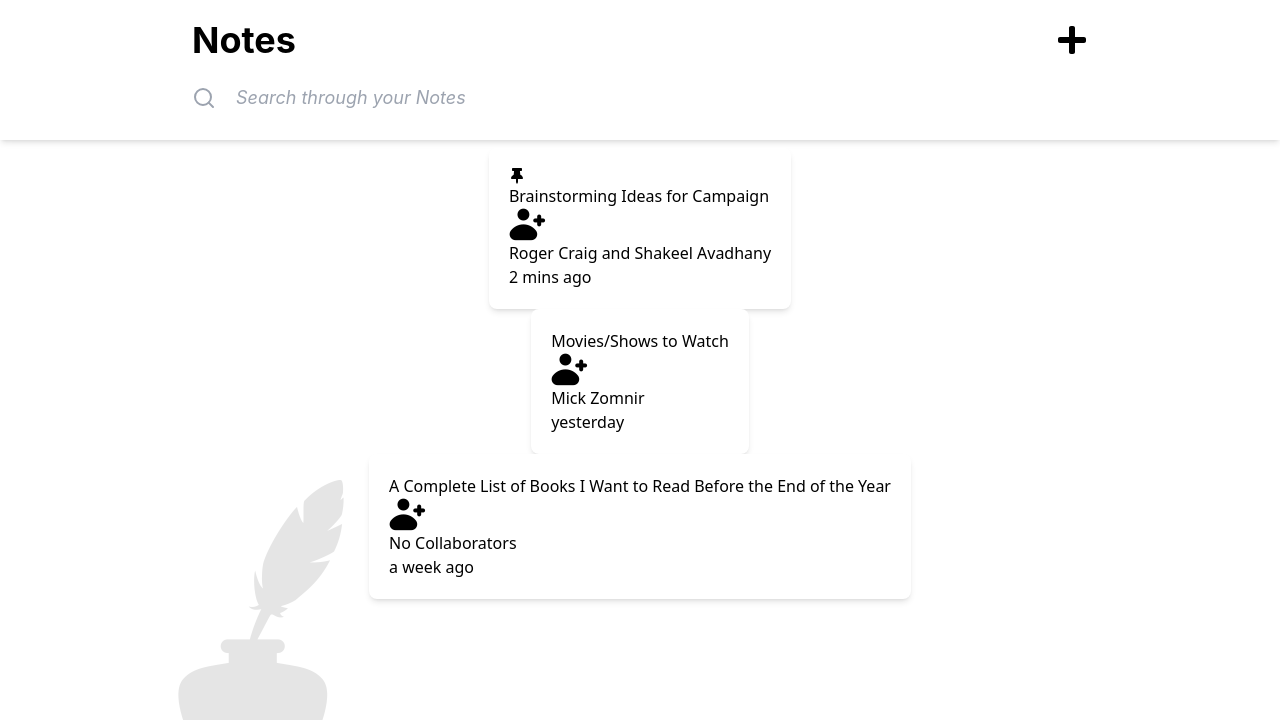
Repository: shabiasaeed/Notes-app
Page: /
The author's editor kept a copy of each file at every save. The page is drawn from the files as they stood at one save, then again after the next save.
The browser window is 1280 px wide. The pictures show the whole page.
The project was rebuilt for these pictures with package versions that can differ from the ones it lists, and the page was loaded fresh each time. Also part of the build but not shown: src/components/Header.css, src/components/Note.css, src/App.css.

Above is the page before, as saved 2025-01-01 18:24:19.

After the next save:
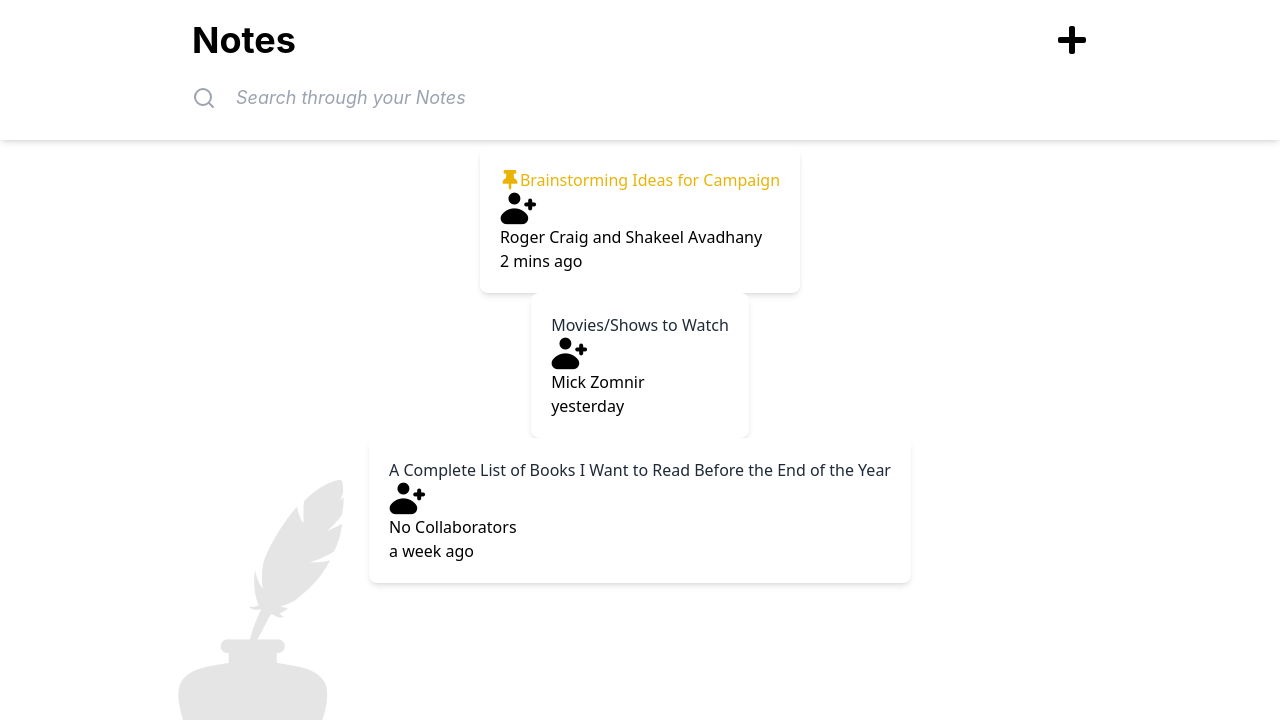
Saved 83 s later.
--- a/src/components/Note.js
+++ b/src/components/Note.js
@@ -12,10 +12,10 @@ const Note = ({ title, author, time, pinned, onDelete, onPinToggle }) => {
 
   return (
     <div className="p-5 bg-white rounded-lg shadow-md hover:shadow-lg transition-shadow flex flex-col" onMouseEnter={() => setIsHovered(true)} onMouseLeave={() => setIsHovered(false)}>
-      <div className={`note-header ${pinned ? 'pinned' : 'unpinned'}`}>
-      {pinned ? (<FaThumbtack className="pin-icon" onClick={() => onPinToggle(title)}/>) : (isHovered && (<TbPinned className="pin-icon" onClick={() => onPinToggle(title)}/>))}
+      <div className={`flex items-center justify-between ${pinned ? 'text-yellow-500' : 'text-gray-800'}`}>
+      {pinned ? (<FaThumbtack className="w-5 h-5 cursor-pointer" onClick={() => onPinToggle(title)}/>) : (isHovered && (<TbPinned className="pin-icon" onClick={() => onPinToggle(title)}/>))}
         <h2>{title}</h2>
-        {isHovered && (<FiTrash className="delete-icon" onClick={() => onDelete(title)}/>)}
+        {isHovered && (<FiTrash className="w-5 h-5 cursor-pointer" onClick={() => onDelete(title)}/>)}
       </div>
       <div className="note-footer">
         <img src={userIcon} alt="User" className="user-icon"/>
